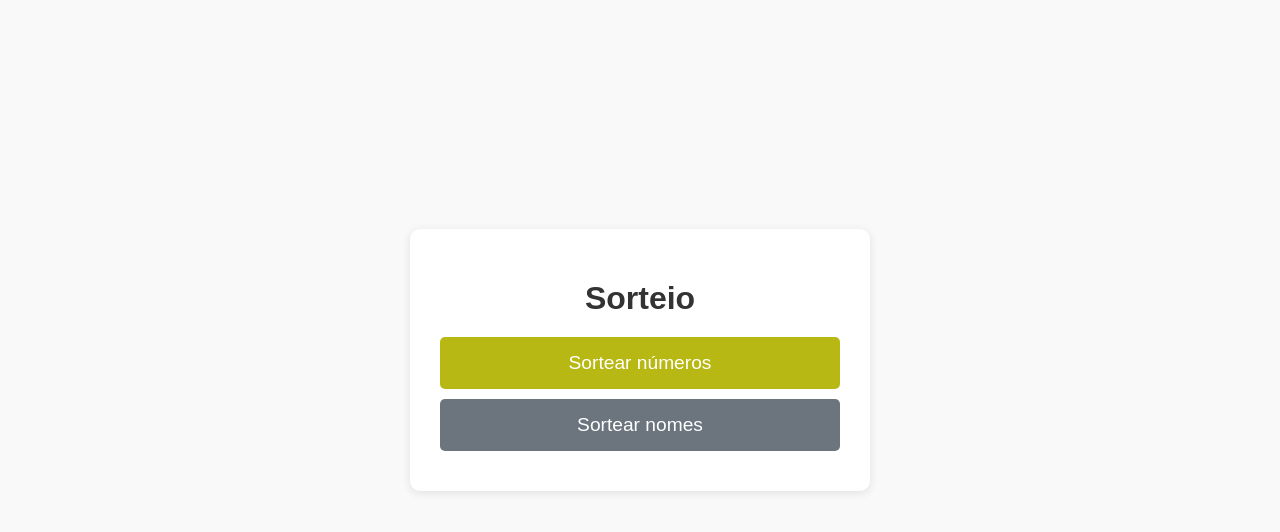
Repository: Matheus904-12/sorte
Page: index.html
The author's editor kept a copy of each file at every save. The page is drawn from the files as they stood at one save, then again after a run of saves.
The browser window is 1280 px wide. The pictures show the whole page.
The pointer rests on the first visible `.options a`.

Above is the page before, as saved 2023-09-10 19:20:03.

After the next 3 saves:
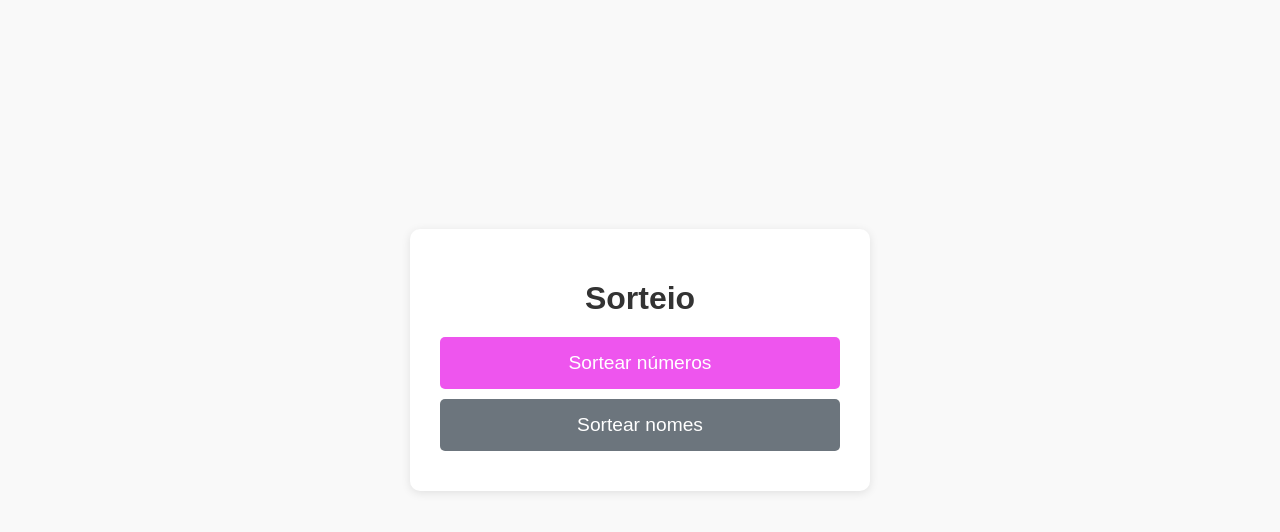
The 3 saves are shown as one change because they came seconds apart.
The last was saved 25 s later.
--- a/style.css
+++ b/style.css
@@ -37,7 +37,7 @@ h1 {
 }
 
 .options a:hover {
-  background-color: #b8b814;
+  background-color: #e5e;
 }
 
 .options a:last-child {
